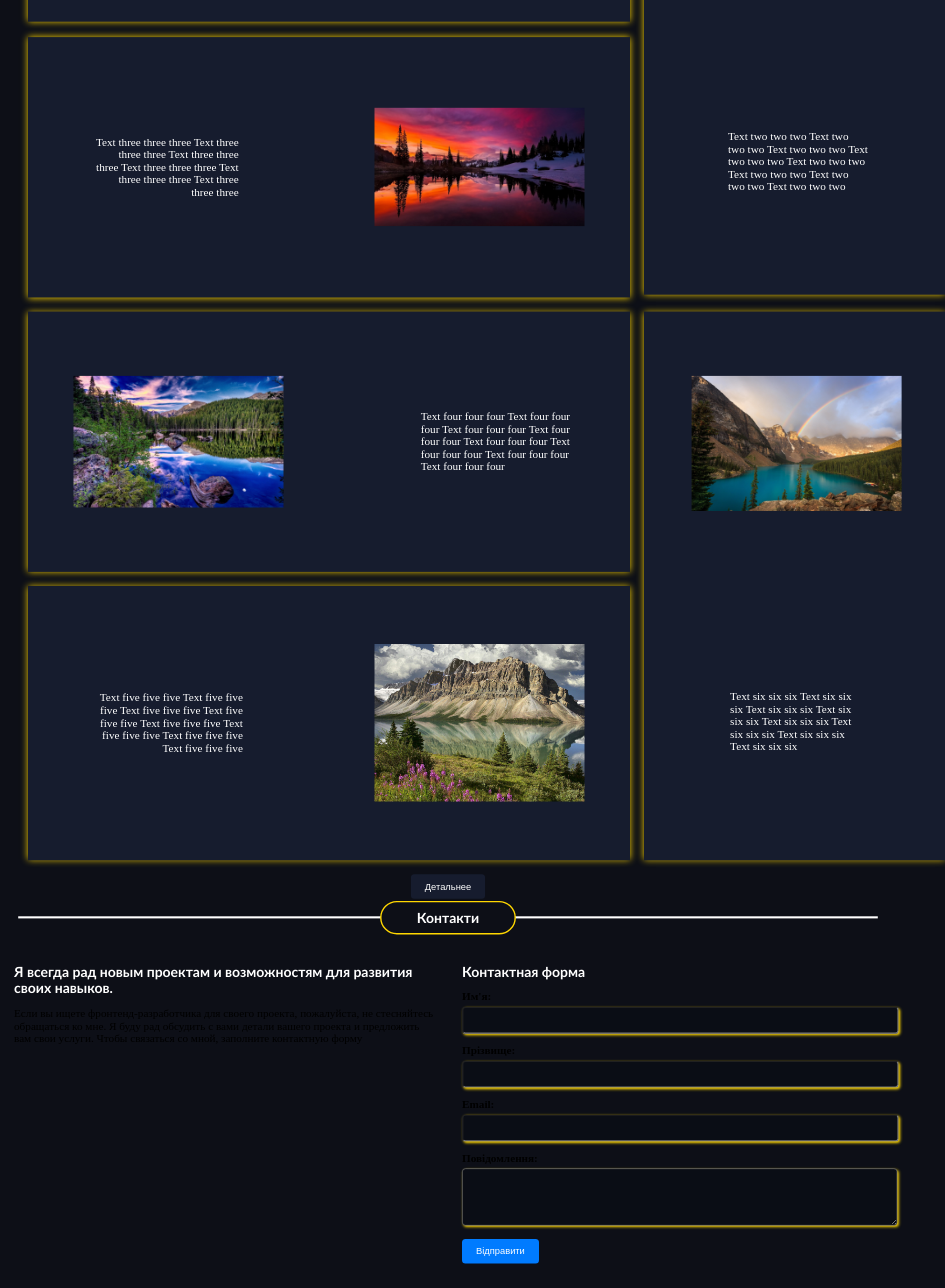
Repository: qtqqrdy13/cv-2
Page: index.html
An editor plug-in stored every save of this project. The page is shown before and after the next save, followed by the edit.
The browser window is 1280 px wide. The page is 1350 px wide, so the pictures cover 1350 px, including what lies to the right of the window. The pictures show the part of the page from y = 3320 to 5160 px (the page is 5160 px tall before and 5068 px after), at 70% of full size.

Above is the page before, as saved 2023-10-12 15:39:42.

### index.html
<!DOCTYPE html>
<html lang="en">

<head>
    <link rel="stylesheet" href="main.css">
    <meta charset="UTF-8">
    <meta name="viewport" content="width=device-width, initial-scale=1.0">
    <title>Батуров Олексій</title>
</head>

<body>
    <!--Navigation-->
    <header>
        <div class="logo">
            <img src="../cv 2/image/media/logo.png" alt="logo">
        </div>
        <nav>
            <ul>
                <li><a href="">Головна</a></li>
                <li><a href="#about">Про мене</a></li>
                <li><a href="#skills">Мої скіли</a></li>
                <li><a href="#portfolio">Портфоліо</a></li>
                <li><a href="">Контакти</a></li>
            </ul>
        </nav>
    </header>
    <!--Navigation-->

    <!--Two images-->
    <div class="container-top">
        <div class="img-container">
            <img class="img-1" src="../cv 2/image/code.gif" alt="">
            <img class="img-2" src="../cv 2/image/photo_2023-09-09_18-51-06.jpg" alt="">
        </div>
        <!--Two images-->

        <!--About Oleksiy-->
        <div class="container-text">
            <div id="about"></div>
            <div class="text-block">
                <h1>Олексій Батуров</h1>
            </div>
        </div>
    </div>
    <div class="description">
        <p>Я професіонал, чия пристрасть до веб-розробки
            помітна в кожному рядку коду, який я створюю.
            За час моєї практики я набув глибоких знань у
            різних галузях веб-технологій, включаючи HTML,
            CSS, JavaScript, а також популярні фреймворки
            та бібліотеки. Мої навички дозволяють мені
            створювати унікальні та сучасні веб-сайти,
            які поєднують у собі функціональність, стиль
            та оптимальну продуктивність. </p>
    </div>
    <!--About Oleksiy-->

    <!--Edge-->
    <div id="about_us">
        <div class="announcement">
            <h2 class="title">
                Скіли
            </h2>
        </div>
    </div>
    <!--Edge-->

    <!--Skills-->
    <div id="skills"></div>
    <div class="container">
        <div class="row">
            <div class="block">
                <h2>Скіли Дизайнера</h2>
                <div class="content">
                    <ul>
                        <li>Figma</li>
                        <li>Photoshop</li>
                        <li>Illustrator</li>
                        <li>Scratch</li>
                        <li>AdobeXD</li>
                        <li>Corel Draw</li>
                    </ul>
                </div>
            </div>
            <div class="block">
                <h2>Скіли Front-End розробника</h2>
                <div class="content">
                    <ul>
                        <li>HTML</li>
                        <li>CSS</li>
                        <li>JavaScript</li>
                        <li>ReactJS</li>
                        <li>ReactNative</li>
                        <li>AngularJS</li>
                        <li>NodeJS</li>
                        <li>VueJS</li>
                        <li>JQuerry</li>
                        <li>TypeScript</li>
                        <li>PHPMyAdmin</li>
                    </ul>
                </div>
            </div>
            <div class="block">
                <h2>Володіння CMS - платформами</h2>
                <div class="content">
                    <ul>
                        <li>WordPress</li>
                        <li>OpenCard</li>
                        <li>Joomla</li>
                        <li>Drupal</li>
                        <li>TYPEO3</li>
                    </ul>
                </div>
            </div>
        </div>
    </div>
    <!--Skills-->

    <!--Edge-->
    <div id="about_us">
        <div class="announcement">
            <h2 class="title">
                Портфоліо
            </h2>
        </div>
    </div>
    <!--Edge-->

    <!--Portfolio-->
    <div class="angry-grid">
        <div id="portfolio"></div>
        <div id="item-0">
            <img src="../cv 2/image/media/1.jpg" alt="Image 0" />
            <p>Text one one one Text one one one Text one one one Text one one one
                Text one one one Text one one one Text one one one Text one one one
            </p>
        </div>
        <div id="item-1">
            <img src="../cv 2/image/media/2.jpg" alt="Image 1" />
            <p>Text two two two Text two two two Text two two two Text two two two
                Text two two two Text two two two Text two two two Text two two two
            </p>
        </div>
        <div id="item-2">
            <div class="content-container">
                <p>Text three three three Text three three three Text three three three
                    Text three three three Text three three three Text three three three
                </p>
                <img src="../cv 2/image/media/3.jpg" alt="Image 2" />
            </div>
        </div>
        <div id="item-3">
                <img src="../cv 2/image/media/4.jpg" alt="Image 3" />
                <p>Text four four four Text four four four Text four four four Text four four four
                    Text four four four Text four four four Text four four four Text four four four
                </p>
        </div>
        <div id="item-4">
            <div class="content-container">
                <p>Text five five five Text five five five Text five five five Text five five five
                    Text five five five Text five five five Text five five five Text five five five
                </p>
                <img src="../cv 2/image/media/5.jpg" alt="Image 4" />
            </div>
        </div>
        <div id="item-5">
                <img src="../cv 2/image/media/6.jpg" alt="Image 5" />
                <p>Text six six six Text six six six Text six six six Text six six six
                    Text six six six Text six six six Text six six six Text six six six
                </p>
        </div>
    </div>

    <div class="detail-button">
        <button>Детальнее</button>
    </div>
    <!--Portfolio-->
 <!--Edge-->
 <div id="about_us">
    <div class="announcement">
        <h2 class="title">
            Контакти
        </h2>
    </div>
</div>
<!--Edge-->
</div>
<div class="container_contact">
    <div class="text">
        <h2>Я всегда рад новым проектам и возможностям для развития своих навыков. </h2>
        <p>Если вы ищете фронтенд-разработчика для своего проекта, пожалуйста, не стесняйтесь обращаться ко мне. Я буду рад обсудить с вами детали вашего проекта и предложить вам свои услуги.

            Чтобы связаться со мной, заполните контактную форму</p>
    </div>
    <div class="form">
        <h2>Контактная форма</h2>
        <form method="post">
            <div class="form-group">
                <label for="name">Им'я:</label>
                <input type="text" id="name" name="name" required>
            </div>
            <div class="form-group">
                <label for="secondname">Прізвище:</label>
                <input type="text" id="secondname" name="secondname" required>
            </div>
            <div class="form-group">
                <label for="email">Email:</label>
                <input type="text" id="email" name="email" required>
            </div>
            <div class="form-group">
                <label for="message">Повідомлення:</label>
                <textarea id="message" name="message" rows="4" required></textarea>
            </div>
            <div class="form-group">
                <button type="submit">Відправити</button>
            </div>
        </form>
    </div>
</div>
</body>

</html>

Loaded but not shown: main.css (724 lines, source omitted)

After the next save:
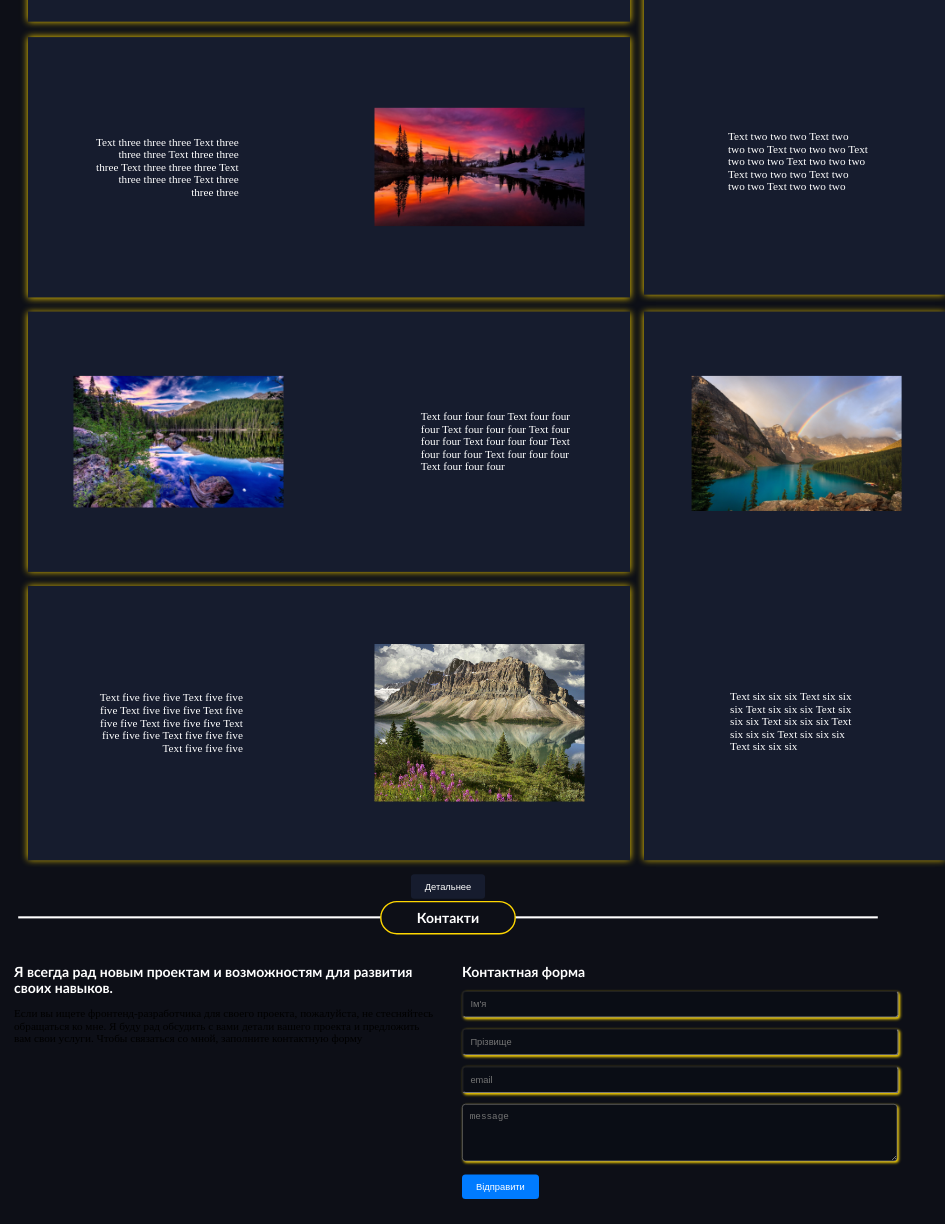
Saved 3 min 29 s later.
--- a/index.html
+++ b/index.html
@@ -150,10 +150,10 @@
             </div>
         </div>
         <div id="item-3">
-                <img src="../cv 2/image/media/4.jpg" alt="Image 3" />
-                <p>Text four four four Text four four four Text four four four Text four four four
-                    Text four four four Text four four four Text four four four Text four four four
-                </p>
+            <img src="../cv 2/image/media/4.jpg" alt="Image 3" />
+            <p>Text four four four Text four four four Text four four four Text four four four
+                Text four four four Text four four four Text four four four Text four four four
+            </p>
         </div>
         <div id="item-4">
             <div class="content-container">
@@ -164,10 +164,10 @@
             </div>
         </div>
         <div id="item-5">
-                <img src="../cv 2/image/media/6.jpg" alt="Image 5" />
-                <p>Text six six six Text six six six Text six six six Text six six six
-                    Text six six six Text six six six Text six six six Text six six six
-                </p>
+            <img src="../cv 2/image/media/6.jpg" alt="Image 5" />
+            <p>Text six six six Text six six six Text six six six Text six six six
+                Text six six six Text six six six Text six six six Text six six six
+            </p>
         </div>
     </div>
 
@@ -175,48 +175,45 @@
         <button>Детальнее</button>
     </div>
     <!--Portfolio-->
- <!--Edge-->
- <div id="about_us">
-    <div class="announcement">
-        <h2 class="title">
-            Контакти
-        </h2>
-    </div>
-</div>
-<!--Edge-->
-</div>
-<div class="container_contact">
-    <div class="text">
-        <h2>Я всегда рад новым проектам и возможностям для развития своих навыков. </h2>
-        <p>Если вы ищете фронтенд-разработчика для своего проекта, пожалуйста, не стесняйтесь обращаться ко мне. Я буду рад обсудить с вами детали вашего проекта и предложить вам свои услуги.
-
-            Чтобы связаться со мной, заполните контактную форму</p>
-    </div>
-    <div class="form">
-        <h2>Контактная форма</h2>
-        <form method="post">
-            <div class="form-group">
-                <label for="name">Им'я:</label>
-                <input type="text" id="name" name="name" required>
-            </div>
-            <div class="form-group">
-                <label for="secondname">Прізвище:</label>
-                <input type="text" id="secondname" name="secondname" required>
-            </div>
-            <div class="form-group">
-                <label for="email">Email:</label>
-                <input type="text" id="email" name="email" required>
-            </div>
-            <div class="form-group">
-                <label for="message">Повідомлення:</label>
-                <textarea id="message" name="message" rows="4" required></textarea>
-            </div>
-            <div class="form-group">
-                <button type="submit">Відправити</button>
-            </div>
-        </form>
-    </div>
-</div>
+    <!--Edge-->
+    <div id="about_us">
+        <div class="announcement">
+            <h2 class="title">
+                Контакти
+            </h2>
+        </div>
+    </div>
+    <!--Edge-->
+    </div>
+    <div class="container_contact">
+        <div class="text">
+            <h2>Я всегда рад новым проектам и возможностям для развития своих навыков. </h2>
+            <p>Если вы ищете фронтенд-разработчика для своего проекта, пожалуйста, не стесняйтесь обращаться ко мне. Я
+                буду рад обсудить с вами детали вашего проекта и предложить вам свои услуги.
+
+                Чтобы связаться со мной, заполните контактную форму</p>
+        </div>
+        <div class="form">
+            <h2>Контактная форма</h2>
+            <form method="post">
+                <div class="form-group">
+                    <input type="text" id="name" name="name" placeholder="Ім'я" required>
+                </div>
+                <div class="form-group">
+                    <input type="text" id="secondname" name="secondname" placeholder="Прізвище" required>
+                </div>
+                <div class="form-group">
+                    <input type="text" id="email" name="email" placeholder="email">
+                </div>
+                <div class="form-group">
+                    <textarea id="message" name="message" rows="4" placeholder="message" required></textarea>
+                </div>
+                <div class="form-group">
+                    <button type="submit">Відправити</button>
+                </div>
+            </form>
+        </div>
+    </div>
 </body>
 
 </html>
